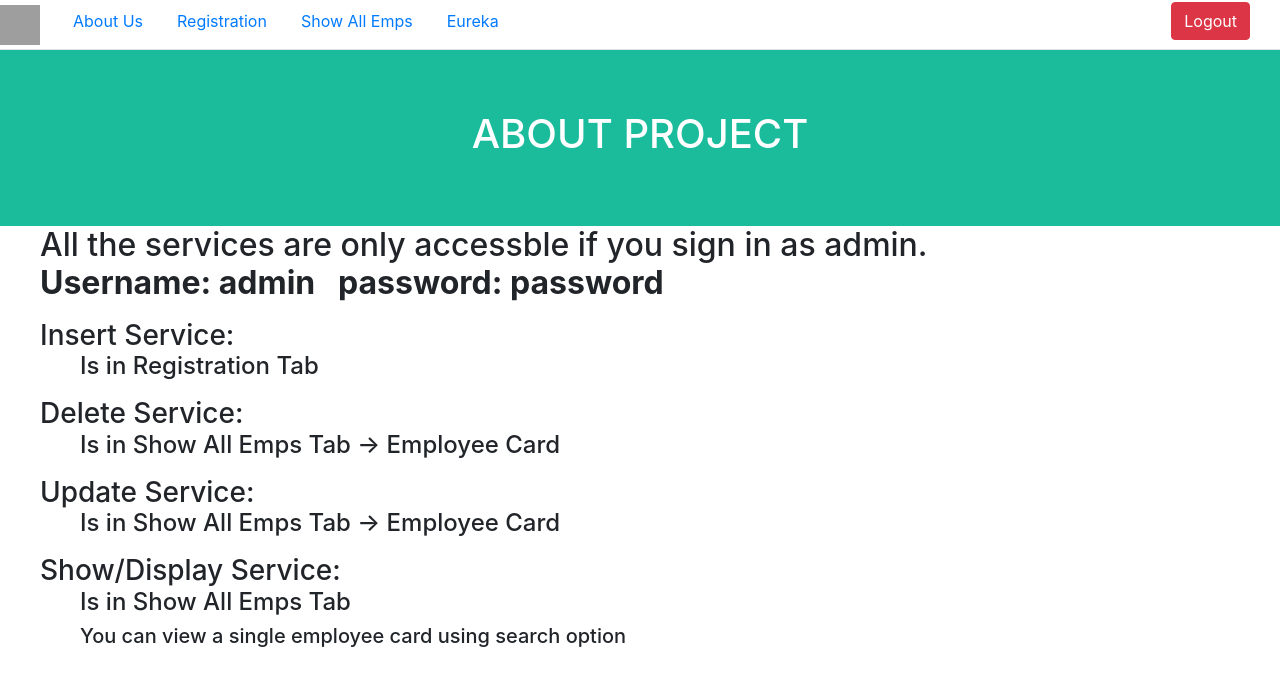
Repository: Shwetank-Chaudhary/EmployeeManagement-
Page: HomePage/src/main/webapp/AboutUs.html
These files come from the project's save history. The page is drawn as it stood at one moment and after the next save; the edit follows.
The browser window is 1280 px wide. The pictures show the whole page.
Pictures or frames that could not be fetched are drawn as grey boxes.

Above is the page before, as saved 2024-01-01 17:18:53.

After the next save:
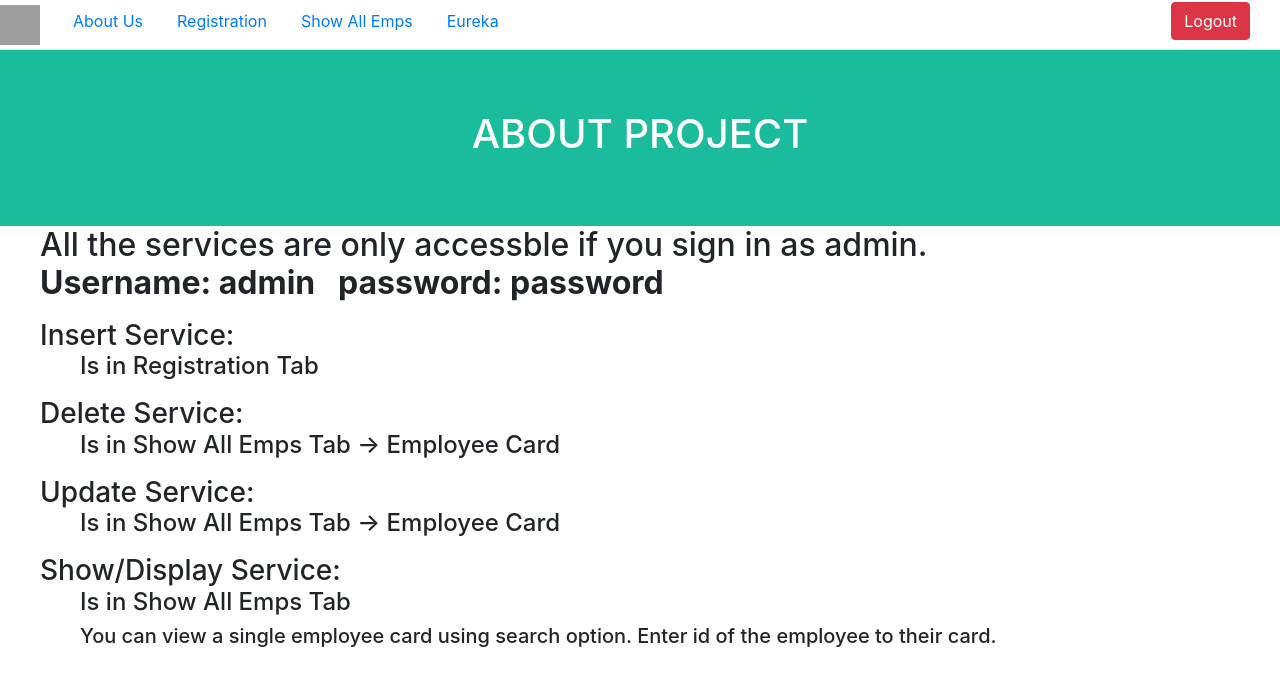
Saved 67 s later.
--- a/HomePage/src/main/webapp/AboutUs.html
+++ b/HomePage/src/main/webapp/AboutUs.html
@@ -74,7 +74,7 @@
 		<h3>
 			<ul>Show/Display Service:
 			<h4><ul>Is in Show All Emps Tab </ul></h4>
-			<h5><ul>You can view a single employee card using search option</ul></h5>
+			<h5><ul>You can view a single employee card using search option. Enter id of the employee to their card.</ul></h5>
 		</h3>
 		</div>
 
